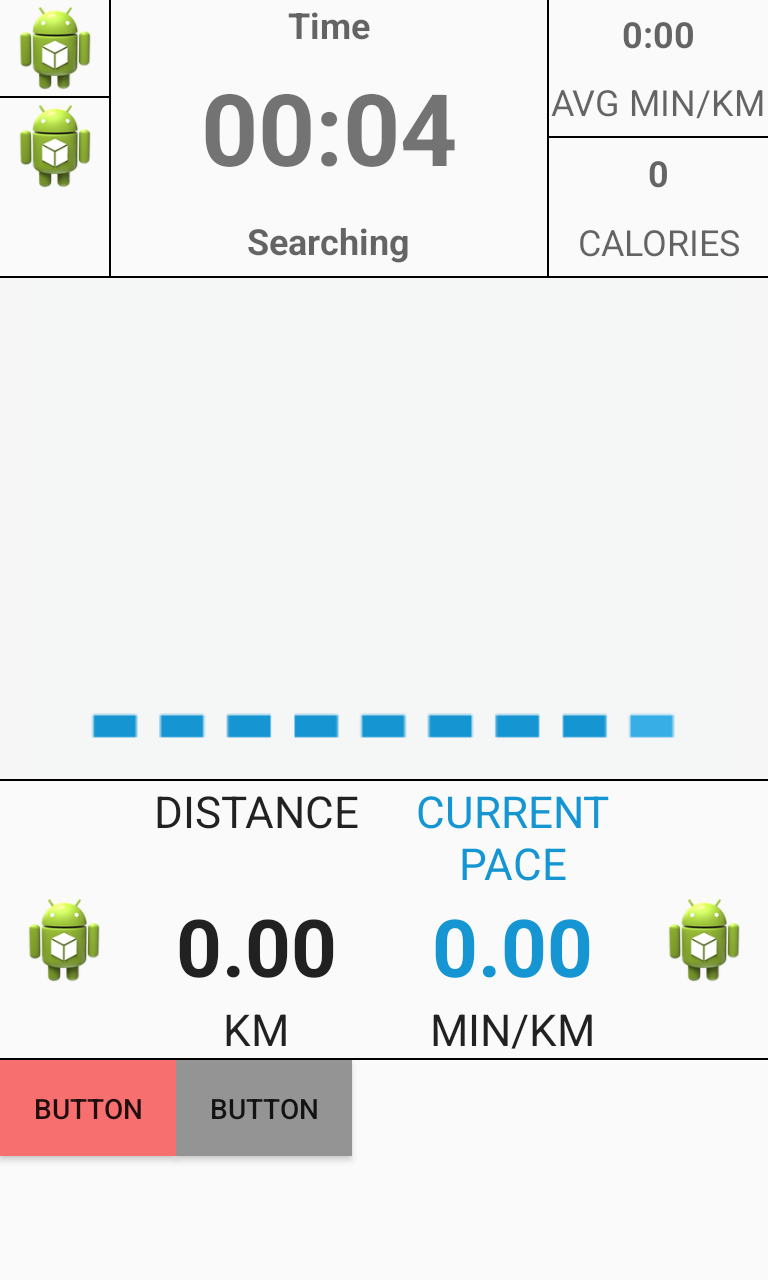
Repository: RibuRoyson/exercise
Layout: layout3/res/layout/activity_main.xml
The author's editor kept a copy of each file at every save. The layout is drawn from the files as they stood at one save, then again after the next save.
It is drawn on a 768 x 1280 px phone screen (xhdpi) without system bars, with theme AppTheme; the app's code is not run.

Above is the layout before, as saved 2015-02-18 05:51:55.

### layout3/res/layout/activity_main.xml
<LinearLayout xmlns:android="http://schemas.android.com/apk/res/android"
    xmlns:tools="http://schemas.android.com/tools"
    android:layout_width="match_parent"
    android:layout_height="match_parent"
    android:orientation="vertical"
    android:weightSum="4.5" >

    <LinearLayout
        android:layout_width="match_parent"
        android:layout_height="wrap_content"
        android:orientation="horizontal"
        android:weightSum="3.5"
        android:layout_weight="1.0" >

        <LinearLayout
            android:layout_width="0dp"
            android:layout_height="wrap_content"
            android:layout_weight="0.5"
            android:orientation="vertical"
            android:weightSum="1.0" >

            <ImageView
                android:id="@+id/imageView1"
                android:layout_width="match_parent"
                android:layout_height="0dp"
                android:src="@drawable/ic_launcher"
                android:layout_weight="0.5" />

            <View
                android:id="@+id/view3"
                android:layout_width="match_parent"
                android:layout_height="1dp"
                android:background="#000000" />

            <ImageView
                android:id="@+id/imageView2"
                android:layout_width="match_parent"
                android:layout_height="0dp"
                android:src="@drawable/ic_launcher"
                android:layout_weight="0.5"/>
        </LinearLayout>

        <View
            android:id="@+id/view4"
            android:layout_width="1dp"
            android:layout_height="match_parent"
            android:background="#000000" />

        <LinearLayout
            android:layout_width="0dp"
            android:layout_height="match_parent"
            android:layout_weight="2.0"
            android:orientation="vertical"
            android:weightSum="2.0" >

            <TextView
                android:id="@+id/textView1"
                android:layout_width="wrap_content"
                android:layout_height="wrap_content"
                android:layout_gravity="center"
                android:layout_weight=".5"
                android:text="Time"
                android:textStyle="bold"
                android:textAppearance="?android:attr/textAppearanceMedium" />

            <TextView
                android:id="@+id/textView2"
                android:layout_width="wrap_content"
                android:layout_height="wrap_content"
                android:layout_gravity="center"
                android:layout_weight="1.0"
                android:text="00:04"
                android:textSize="50sp"
                android:textStyle="bold" />

            <TextView
                android:id="@+id/textView3"
                android:layout_width="wrap_content"
                android:layout_height="wrap_content"
                android:layout_gravity="center"
                android:layout_weight="0.5"
                android:text="Searching"
                android:textStyle="bold"
                android:textAppearance="?android:attr/textAppearanceMedium" />
        </LinearLayout>

        <View
            android:id="@+id/view5"
            android:layout_width="1dp"
            android:layout_height="match_parent"
            android:background="#000000" />

        <LinearLayout
            android:layout_width="0dp"
            android:layout_height="match_parent"
            android:layout_weight="1.0"
            android:orientation="vertical"
            android:weightSum="1.0" >

            <TextView
                android:id="@+id/textView4"
                android:layout_width="match_parent"
                android:layout_height="wrap_content"
                android:layout_weight="0.25"
                android:gravity="center"
                android:text="0:00"
                android:textStyle="bold"
                android:textAppearance="?android:attr/textAppearanceMedium" />

            <TextView
                android:id="@+id/textView5"
                android:layout_width="match_parent"
                android:layout_height="wrap_content"
                android:layout_weight="0.25"
                android:gravity="center"
                android:text="AVG MIN/KM"
                android:textAppearance="?android:attr/textAppearanceMedium" />

            <View
                android:id="@+id/view1"
                android:layout_width="match_parent"
                android:layout_height="1dp"
                android:background="#000000" />

            <TextView
                android:id="@+id/textView6"
                android:layout_width="match_parent"
                android:layout_height="wrap_content"
                android:layout_weight="0.25"
                android:gravity="center"
                android:text="0"
                android:textStyle="bold"
                android:textAppearance="?android:attr/textAppearanceMedium" />

            <TextView
                android:id="@+id/textView7"
                android:layout_width="match_parent"
                android:layout_height="wrap_content"
                android:layout_weight="0.25"
                android:gravity="center"
                android:text="CALORIES"
                android:textAppearance="?android:attr/textAppearanceMedium" />
        </LinearLayout>
    </LinearLayout>

    <View
        android:id="@+id/view2"
        android:layout_width="match_parent"
        android:layout_height="1dp"
        android:background="#000000" />

    <ImageView
        android:id="@+id/imageView3"
        android:layout_width="match_parent"
        android:layout_height="wrap_content"
        android:src="@drawable/eq2"
        android:background="#F6F6F6"
        android:layout_weight="2.0"/>
    <View
        android:id="@+id/view7"
        android:layout_width="match_parent"
        android:layout_height="1dp"
        android:background="#000000" />
    <LinearLayout
        android:layout_width="match_parent"
        android:layout_height="wrap_content"
        android:layout_alignParentLeft="true"
        android:layout_below="@+id/imageView1"
        android:orientation="vertical"
        android:weightSum="3.0" >

        <LinearLayout
            android:layout_width="match_parent"
            android:layout_height="wrap_content"
            android:layout_weight="1.0"
            android:orientation="horizontal"
            android:weightSum="3.0"
            >

            <View
                android:layout_width="0dp"
                android:layout_height="0dp"
                android:layout_weight="0.5" />

            <TextView
                android:id="@+id/textView10"
                android:layout_width="0dp"
                android:layout_height="wrap_content"
                android:layout_weight="1.0"
                android:gravity="center"
                android:text="DISTANCE"
                android:textAppearance="?android:attr/textAppearanceLarge" />

            <TextView
                android:id="@+id/textView11"
                android:layout_width="0dp"
                android:layout_height="wrap_content"
                android:layout_weight="1.0"
                android:gravity="center"
                android:text="CURRENT PACE"
                 android:textColor="#1596D2"
                android:textAppearance="?android:attr/textAppearanceLarge" />

            <View
                android:layout_width="0dp"
                android:layout_height="0dp"
                android:layout_weight="0.5" />
        </LinearLayout>

        <LinearLayout
            android:layout_width="match_parent"
            android:layout_height="wrap_content"
            android:layout_weight="1.0"
            android:orientation="horizontal"
            android:weightSum="3.0" >

            <ImageView
                android:id="@+id/imageView4"
                android:layout_width="0dp"
                android:layout_height="wrap_content"
                android:layout_alignParentLeft="true"
                android:layout_weight="0.5"
                android:src="@drawable/ic_launcher" />

            <TextView
                android:id="@+id/textView8"
                android:layout_width="0dp"
                android:layout_height="wrap_content"
                android:layout_weight="1.0"
                android:gravity="center"
                android:text="0.00"
                android:textAppearance="?android:attr/textAppearanceLarge"
                android:textSize="40sp"
                android:textStyle="bold" />

            <TextView
                android:id="@+id/textView12"
                android:layout_width="0dp"
                android:layout_height="wrap_content"
                android:layout_weight="1.0"
                android:gravity="center"
                android:text="0.00"
                android:textAppearance="?android:attr/textAppearanceLarge"
                android:textColor="#1596D2"
                android:textSize="40sp"
                android:textStyle="bold" />

            <ImageView
                android:id="@+id/imageView6"
                android:layout_width="0dp"
                android:layout_height="wrap_content"
                android:layout_alignParentRight="true"
                android:layout_weight="0.5"
                android:src="@drawable/ic_launcher" />
        </LinearLayout>

        <LinearLayout
            android:layout_width="match_parent"
            android:layout_height="wrap_content"
            android:layout_weight="1.0"
            android:orientation="horizontal"
            android:weightSum="3.0" >

            <View
                android:layout_width="0dp"
                android:layout_height="0dp"
                android:layout_weight="0.5" >
 			</View>
                <TextView
                    android:id="@+id/textView9"
                    android:layout_width="0dp"
                    android:layout_height="wrap_content"
                    android:gravity="center"
                    android:text="KM"
                    android:textAppearance="?android:attr/textAppearanceLarge"
                    android:layout_weight="1.0"/>

                <TextView
                    android:id="@+id/textView13"
                    android:layout_width="0dp"
                    android:layout_height="wrap_content"
                    android:gravity="center"
                    android:text="MIN/KM"
                    android:textAppearance="?android:attr/textAppearanceLarge"
                    android:layout_weight="1.0" />
            <View
                android:layout_width="0dp"
                android:layout_height="0dp"
                android:layout_weight="0.5" >
 			</View>
        </LinearLayout>
    </LinearLayout>
     <View
        android:id="@+id/view12"
        android:layout_width="match_parent"
        android:layout_height="1dp"
        android:background="#000000" />
<LinearLayout
    android:layout_width="match_parent"
    android:layout_height="wrap_content"
    android:orientation="horizontal"
    android:layout_weight="0.5">
     <Button
         android:id="@+id/button1"
         android:layout_width="wrap_content"
         android:layout_height="wrap_content"
         android:text="Button"
         android:background="#F76F6F" />
     <Button
         android:id="@+id/button2"
         android:layout_width="wrap_content"
         android:layout_height="wrap_content"
         android:text="Button"
         android:background="#949494"/>
</LinearLayout>
</LinearLayout>

Loaded but not shown: layout3/res/values/styles.xml (common file); layout3/res/values-v11/styles.xml (common file); layout3/res/values-v14/styles.xml (common file)

After the next save:
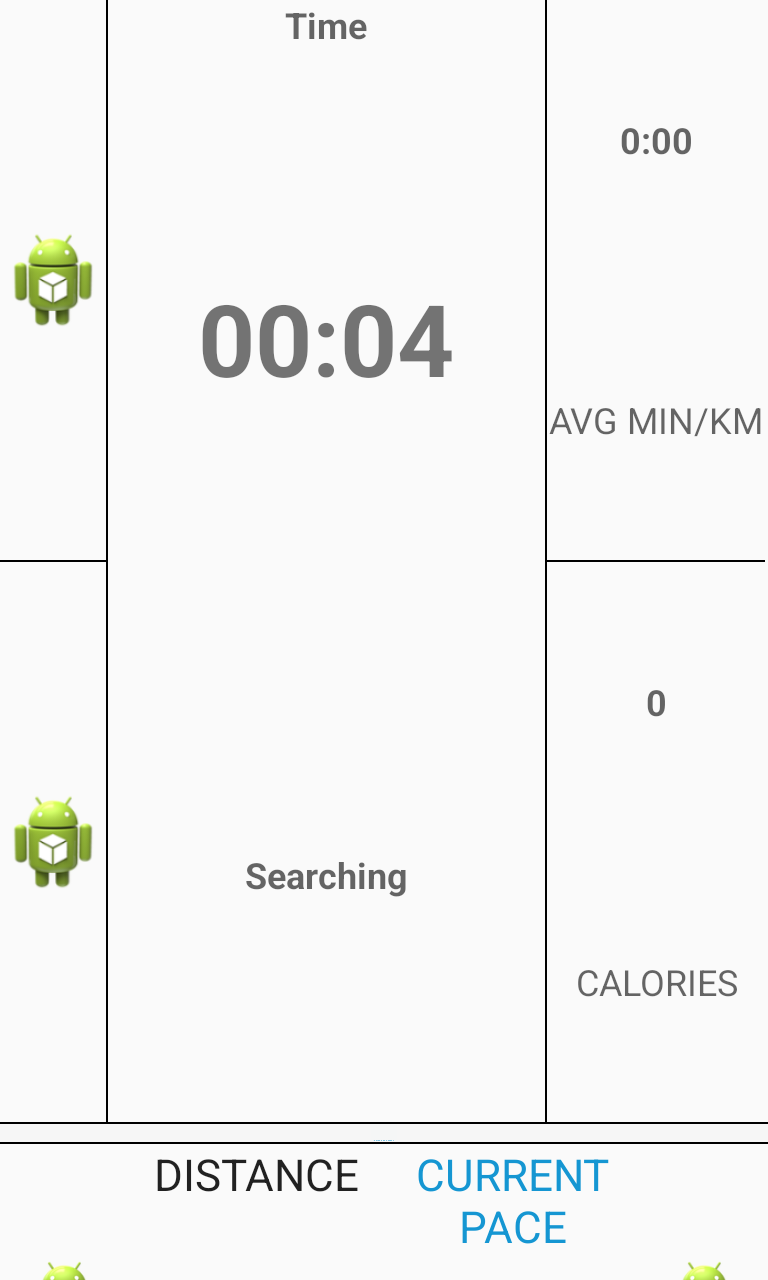
Saved 2 min 16 s later.
--- a/layout3/res/layout/activity_main.xml
+++ b/layout3/res/layout/activity_main.xml
@@ -14,8 +14,8 @@
 
         <LinearLayout
             android:layout_width="0dp"
-            android:layout_height="wrap_content"
-            android:layout_weight="0.5"
+            android:layout_height="match_parent"
+            android:layout_weight="0.49"
             android:orientation="vertical"
             android:weightSum="1.0" >
 
